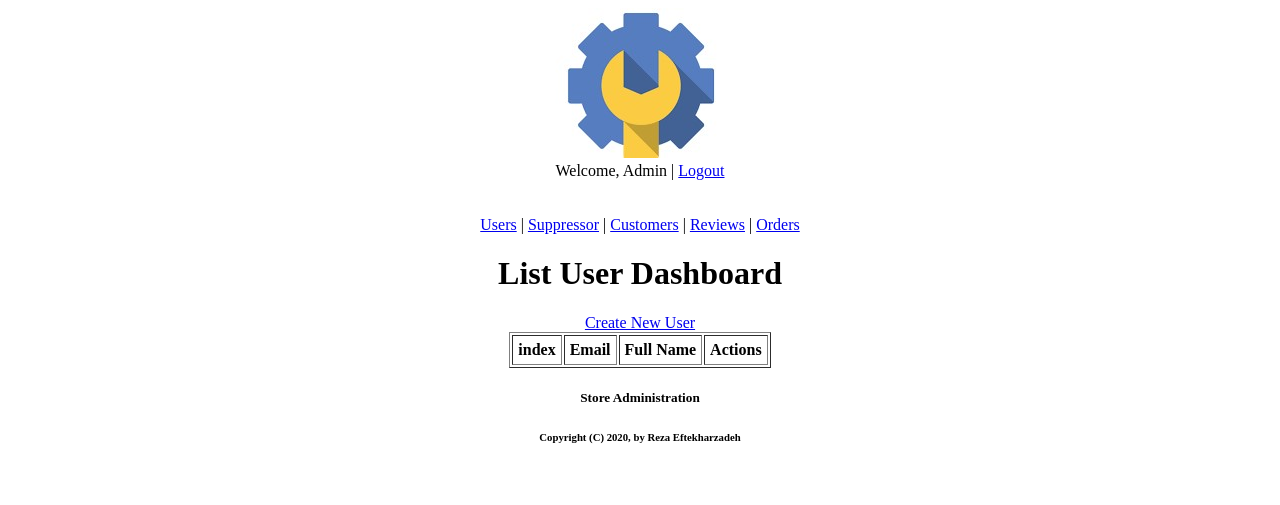
Repository: RezaEftekharzadeh/frey
Page: http://localhost/SilencerStoreProject/admin/user_list.jsp
These files come from the project's save history. The page is drawn as it stood at one moment and after the next save; the edit follows.
The browser window is 1280 px wide. The pictures show the whole page.
The page is served by Tomcat 9. Nobody is signed in. The application's start-up code is not run. Other server files are loaded and not shown.

Above is the page before, as saved 2020-07-17 11:51:31.

### SilencerStoreProject/WebContent/admin/user_list.jsp
<%@ page language="java" contentType="text/html; charset=ISO-8859-1"
    pageEncoding="ISO-8859-1"%>
    <%@ taglib prefix="c" uri="http://java.sun.com/jsp/jstl/core" %>
<!DOCTYPE html>
<html>
<head>
 <!-- <link rel="stylesheet" href="https://stackpath.bootstrapcdn.com/bootstrap/4.3.1/css/bootstrap.min.css" integrity="sha384-ggOyR0iXCbMQv3Xipma34MD+dH/1fQ784/j6cY/iJTQUOhcWr7x9JvoRxT2MZw1T" crossorigin="anonymous"> -->
<meta charset="ISO-8859-1">
<title>List Users page</title>
</head>
<body>
	<jsp:include page="header.jsp" />
	<div align="center">
	     <h1>List User Dashboard</h1>
	     <a href="create">Create New User</a>
    </div>

	<div align="center">
		<table border="1" cellPadding="5">
			<tr>
				<th>index</th>
				<th>Email</th>
				<th>Full Name</th>
				<th>Actions

				</th>
			</tr>
			<c:forEach var="user" items="${listUser}" varStatus="status">
				<tr>
					<td>${status.index+1}</td>
					<td>${user.email}</td>
					<td>${user.fullName}</td>
					<td>
						<a href="">Edith</a>
						<a href="">Delete</a>
					</td>


				</tr>

			</c:forEach>

		</table>

	</div>

     <jsp:include page="footer.jsp" />
</body>
</html>

### SilencerStoreProject/WebContent/admin/header.jsp
<div align="center">

	<div >
		 <img src="../images/admin-page.jpg">
	</div>

	<div >
	  Welcome, Admin | <a href="logout">Logout</a>
	</div>
	<br><br>

	<div>
		<a href="list_users">Users</a> |
		<a href="suppressor">Suppressor</a> |
		<a href="customers">Customers</a> |
		<a href="reviews">Reviews</a> |
		<a href="orders">Orders</a>
	</div>
</div>

### SilencerStoreProject/WebContent/admin/footer.jsp

<div align="center">

 <h5>Store Administration</h5>
 <h6> Copyright (C) 2020, by Reza Eftekharzadeh</h6>



</div>

After the next save:
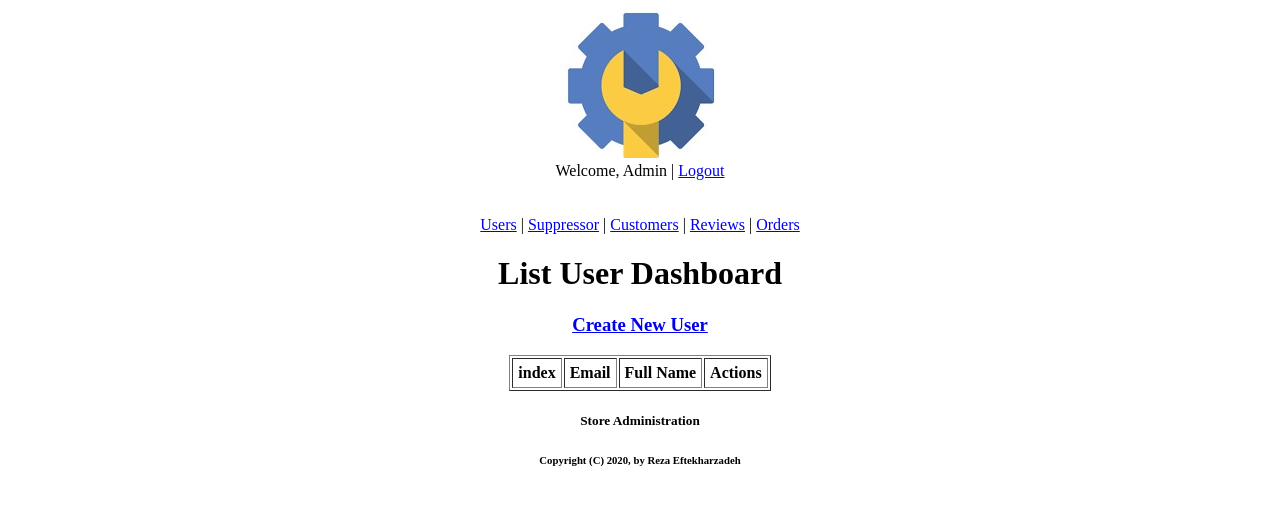
Saved 47 s later.
--- a/SilencerStoreProject/WebContent/admin/user_list.jsp
+++ b/SilencerStoreProject/WebContent/admin/user_list.jsp
@@ -12,7 +12,7 @@
 	<jsp:include page="header.jsp" />
 	<div align="center">
 	     <h1>List User Dashboard</h1>
-	     <a href="create">Create New User</a>
+	     <h3><a href="create">Create New User</a></h3>
     </div>
 
 	<div align="center">
